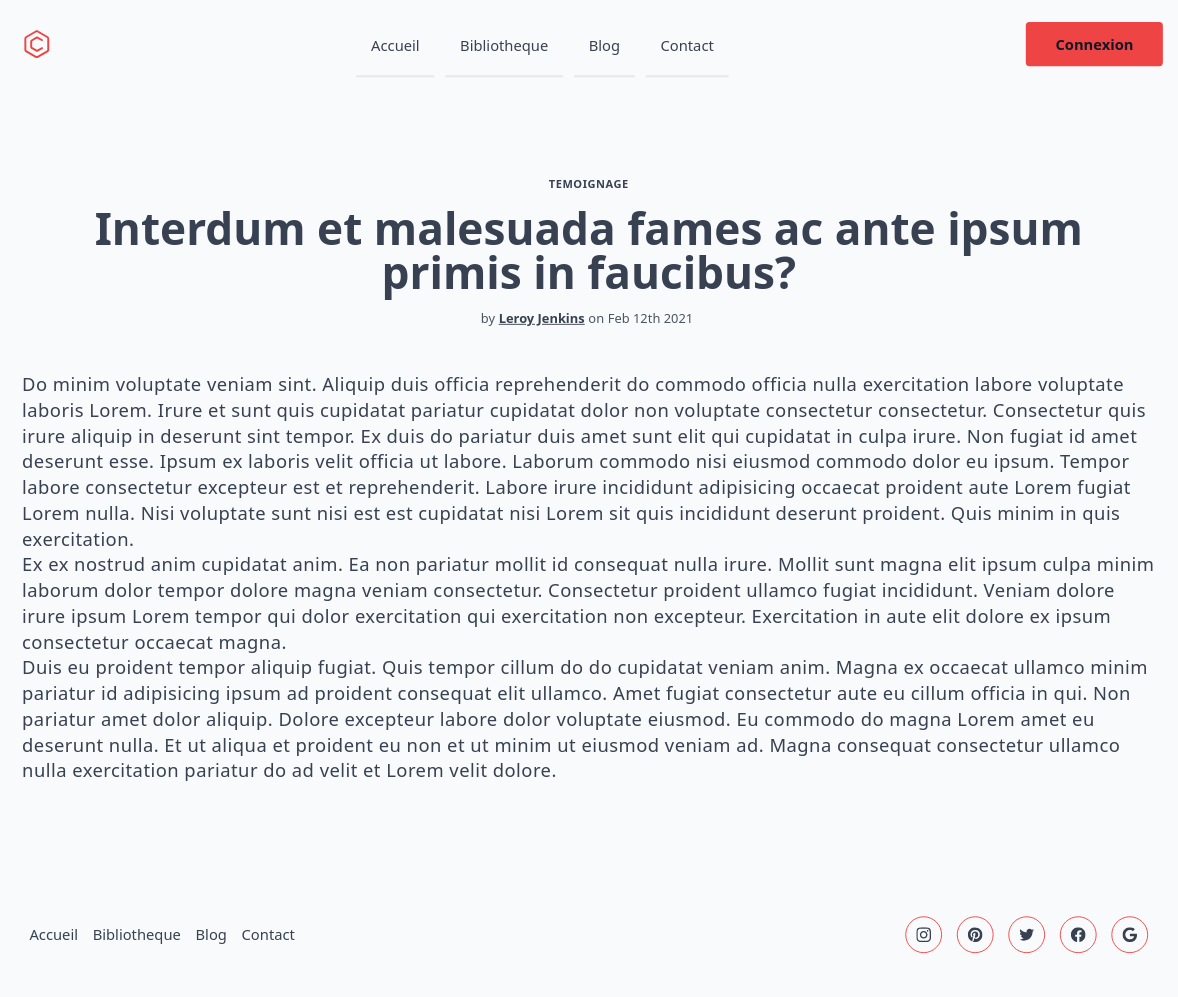
Repository: erulabs243/museum
Page: /stories/un-simple-slug
The author's editor kept a copy of each file at every save. The page is drawn from the files as they stood at one save, then again after the next save.
The browser window is 1280 px wide. The pictures show the whole page, at 92% of full size.
The project was rebuilt for these pictures with package versions that can differ from the ones it lists, and the page was loaded fresh each time. Also part of the build but not shown: vite.config.js, src/pages/admin/Home.jsx, src/pages/commons/NotFound.jsx, src/components/atoms/TagBadge.jsx, src/components/atoms/MyAudioPlayer.jsx, src/components/atoms/MyVideoPlayer.jsx, src/components/atoms/MediaCard.jsx, src/components/sections/Testimonial.jsx and 15 more.

Above is the page before, as saved 2022-08-10 12:46:05.

### index.html
<!DOCTYPE html>
<html lang="en">
  <head>
    <meta charset="UTF-8" />
    <link rel="icon" type="image/svg+xml" href="/vite.svg" />
    <link rel="stylesheet" href="src/theme/App.css">
    <meta name="viewport" content="width=device-width, initial-scale=1.0" />
    <title>Museum...</title>
  </head>
  <body class="bg-gray-50">
    <div id="root"></div>
    <script type="module" src="/src/main.jsx"></script>
  </body>
</html>

### src/App.jsx
'use strict';

import {BrowserRouter, Route, Routes} from 'react-router-dom';
import { AdminRoutes, CommonsRoutes, UserRoutes, AuthRoutes } from './routes';

const App = () => {
  return (
      <BrowserRouter>
        <Routes>
          {AuthRoutes.map(route => <Route path={route.path} key={route.path} element={route.element} />)}
          {UserRoutes.map(route => <Route path={route.path} key={route.path} element={route.element} />)}
          {AdminRoutes.map(route => <Route path={route.path} key={route.path} element={route.element} />)}
          {CommonsRoutes.map(route => <Route path={route.path} key={route.path} element={route.element} />)}
        </Routes>
      </BrowserRouter>
  );
};

export default App

### src/routes/index.jsx
'use strict';

import AdminRoutes from "./AdminRoutes";
import CommonsRoutes from "./CommonsRoutes";
import UserRoutes from "./UserRoutes";
import AuthRoutes from "./AuthRoutes";

export {UserRoutes, AdminRoutes, CommonsRoutes, AuthRoutes};

### src/routes/AdminRoutes.jsx
'use strict';

import { Home } from "../pages/admin";

const AdminRoutes = [
    {
        path: '/admin',
        element: <Home />
    }
];

export default AdminRoutes;

### src/routes/CommonsRoutes.jsx
'use strict';

import {NotFound} from '../pages/commons';

const CommonsRoutes = [
    {
        path: '*',
        element: <NotFound />
    }
]

export default CommonsRoutes;

### src/routes/UserRoutes.jsx
'use strict';

import {
    Blog,
    Contact,
    Gallery,
    Home,
    Library,
    Podcast,
    Story,
    Testimonials,
    Videos
} from '../pages/user';

const UserRoutes = [
    {
        path: '/',
        element: <Home />
    },
    {
        path: '/contact',
        element: <Contact />
    },
    {
        path: '/library',
        element: <Library />
    },
    {
        path: '/stories',
        element: <Testimonials />
    },
    {
        path: '/stories/:slug',
        element: <Story />
    },
    {
        path: '/gallery',
        element: <Gallery />
    },
    {
        path: '/videos',
        element: <Videos />
    },
    {
        path: '/podcast',
        element: <Podcast />
    },
    {
        path: '/blog',
        element: <Blog />
    }
];

export default UserRoutes;

### src/routes/AuthRoutes.jsx
'use strict';

import {Login} from '../pages/auth';

const AuthRoutes = [
    {
        path: '/login',
        element: <Login />
    }
];

export default AuthRoutes;

### src/pages/admin/index.jsx
'use strict';

import Home from './Home';

export {Home};

### src/pages/commons/index.jsx
'use strict';

import NotFound from './NotFound';

export {NotFound};

### src/pages/user/index.jsx
'use strict';

import Blog from './Blog';
import Contact from './Contact';
import Gallery from './Gallery';
import Library from './Library';
import Podcast from './Podcast';
import Testimonials from './Testimonials';
import Videos from './Videos';
import Home from './Home';
import Story from './Story';

export { Home, Blog, Contact, Gallery, Library, Podcast, Testimonials, Videos, Story };

### src/pages/auth/index.jsx
'use strict';

import Login from "./Login";

export {Login};

### src/pages/user/Story.jsx
'use strict';

import { Navbar, Footer } from '../../components/sections';

const Story = () => {
    return (
        <main>
            <Navbar />

            <article className="max-w-2xl px-6 py-24 mx-auto space-y-12 bg-gray-50 text-gray-700">
                <div className="w-full mx-auto space-y-4 text-center">
                    <p className="text-xs font-semibold tracking-wider uppercase">Temoignage</p>
                    <h1 className="text-4xl font-bold leading-tight md:text-5xl">
                        Interdum et malesuada fames ac ante ipsum primis in faucibus?
                    </h1>
                    <p className="text-sm text-gray-600">
                        by
                        <span className="mx-1 underline text-gray-700 font-semibold">
                            <span itemProp="name">Leroy Jenkins</span>
                        </span>
                        on
                        <time dateTime="2021-02-12 15:34:18-0200" className="mx-1">
                            Feb 12th 2021
                        </time>
                    </p>
                </div>
                <div className="text-gray-700 tracking-wide text-xl">
                    <p>
                        Do minim voluptate veniam sint. Aliquip duis officia reprehenderit do
                        commodo officia nulla exercitation labore voluptate laboris Lorem. Irure et
                        sunt quis cupidatat pariatur cupidatat dolor non voluptate consectetur
                        consectetur. Consectetur quis irure aliquip in deserunt sint tempor. Ex duis
                        do pariatur duis amet sunt elit qui cupidatat in culpa irure. Non fugiat id
                        amet deserunt esse. Ipsum ex laboris velit officia ut labore. Laborum
                        commodo nisi eiusmod commodo dolor eu ipsum. Tempor labore consectetur
                        excepteur est et reprehenderit. Labore irure incididunt adipisicing occaecat
                        proident aute Lorem fugiat Lorem nulla. Nisi voluptate sunt nisi est est
                        cupidatat nisi Lorem sit quis incididunt deserunt proident. Quis minim in
                        quis exercitation. <br /> Ex ex nostrud anim cupidatat anim. Ea non pariatur
                        mollit id consequat nulla irure. Mollit sunt magna elit ipsum culpa minim
                        laborum dolor tempor dolore magna veniam consectetur. Consectetur proident
                        ullamco fugiat incididunt. Veniam dolore irure ipsum Lorem tempor qui dolor
                        exercitation qui exercitation non excepteur. Exercitation in aute elit
                        dolore ex ipsum consectetur occaecat magna. <br /> Duis eu proident tempor
                        aliquip fugiat. Quis tempor cillum do do cupidatat veniam anim. Magna ex
                        occaecat ullamco minim pariatur id adipisicing ipsum ad proident consequat
                        elit ullamco. Amet fugiat consectetur aute eu cillum officia in qui. Non
                        pariatur amet dolor aliquip. Dolore excepteur labore dolor voluptate
                        eiusmod. Eu commodo do magna Lorem amet eu deserunt nulla. Et ut aliqua et
                        proident eu non et ut minim ut eiusmod veniam ad. Magna consequat
                        consectetur ullamco nulla exercitation pariatur do ad velit et Lorem velit
                        dolore.
                    </p>
                </div>
            </article>

            <Footer />
        </main>
    );
};

export default Story;

### src/components/sections/index.jsx
'use strict';

import Navbar from './Navbar';
import Footer from './Footer';
import Testimonial from './Testimonial';
import LibraryHeader from './LibraryHeader';
import Pagination from './Pagination';
import Article from './Article';
import Image from './Image';
import Modal from './Modal';

export { Navbar, Footer, Testimonial, LibraryHeader, Pagination, Article, Image, Modal };

### src/components/atoms/index.jsx
'use strict';

import NavLink from './headers/NavLink';
import Button from './headers/Button';
import TagBadge from './TagBadge';
import MyAudioPlayer from './MyAudioPlayer';
import MyVideoPlayer from './MyVideoPlayer';
import MediaCard from './MediaCard';

export { Button, NavLink, TagBadge, MyAudioPlayer, MyVideoPlayer, MediaCard };

### src/components/sections/Navbar.jsx
'use strict';

import { Button, NavLink } from '../atoms';

const setActiveMenu = (menu) => {
    let url = window.location.href;
    url = url.substring(url.lastIndexOf('/') + 1);
    if (['stories', 'podcast', 'gallery', 'videos'].includes(url)) url = 'library';

    return menu == 'home' && url == '' ? true : url.includes(menu);
};

const Navbar = () => {
    return (
        <header className="p-4 sticky top-0 bg-gray-50 text-gray-700">
            <div className="container flex justify-between h-16 mx-auto">
                <a
                    rel="noopener noreferrer"
                    href="#"
                    aria-label="Back to homepage"
                    className="flex items-center p-2">
                    <svg
                        xmlns="http://www.w3.org/2000/svg"
                        fill="currentColor"
                        viewBox="0 0 32 32"
                        className="w-8 h-8 text-red-500">
                        <path d="M27.912 7.289l-10.324-5.961c-0.455-0.268-1.002-0.425-1.588-0.425s-1.133 0.158-1.604 0.433l0.015-0.008-10.324 5.961c-0.955 0.561-1.586 1.582-1.588 2.75v11.922c0.002 1.168 0.635 2.189 1.574 2.742l0.016 0.008 10.322 5.961c0.455 0.267 1.004 0.425 1.59 0.425 0.584 0 1.131-0.158 1.602-0.433l-0.014 0.008 10.322-5.961c0.955-0.561 1.586-1.582 1.588-2.75v-11.922c-0.002-1.168-0.633-2.189-1.573-2.742zM27.383 21.961c0 0.389-0.211 0.73-0.526 0.914l-0.004 0.002-10.324 5.961c-0.152 0.088-0.334 0.142-0.53 0.142s-0.377-0.053-0.535-0.145l0.005 0.002-10.324-5.961c-0.319-0.186-0.529-0.527-0.529-0.916v-11.922c0-0.389 0.211-0.73 0.526-0.914l0.004-0.002 10.324-5.961c0.152-0.090 0.334-0.143 0.53-0.143s0.377 0.053 0.535 0.144l-0.006-0.002 10.324 5.961c0.319 0.185 0.529 0.527 0.529 0.916z"></path>
                        <path d="M22.094 19.451h-0.758c-0.188 0-0.363 0.049-0.515 0.135l0.006-0.004-4.574 2.512-5.282-3.049v-6.082l5.282-3.051 4.576 2.504c0.146 0.082 0.323 0.131 0.508 0.131h0.758c0.293 0 0.529-0.239 0.529-0.531v-0.716c0-0.2-0.11-0.373-0.271-0.463l-0.004-0.002-5.078-2.777c-0.293-0.164-0.645-0.26-1.015-0.26-0.39 0-0.756 0.106-1.070 0.289l0.010-0.006-5.281 3.049c-0.636 0.375-1.056 1.055-1.059 1.834v6.082c0 0.779 0.422 1.461 1.049 1.828l0.009 0.006 5.281 3.049c0.305 0.178 0.67 0.284 1.061 0.284 0.373 0 0.723-0.098 1.027-0.265l-0.012 0.006 5.080-2.787c0.166-0.091 0.276-0.265 0.276-0.465v-0.716c0-0.293-0.238-0.529-0.529-0.529z"></path>
                    </svg>
                </a>
                <ul className="items-stretch hidden space-x-3 lg:flex">
                    <li className="flex">
                        <NavLink
                            link={{ name: 'Accueil', path: '', active: setActiveMenu('home') }}
                        />
                    </li>
                    <li className="flex">
                        <NavLink
                            link={{
                                name: 'Bibliotheque',
                                path: 'stories',
                                active: setActiveMenu('library')
                            }}
                        />
                    </li>
                    <li className="flex">
                        <NavLink
                            link={{ name: 'Blog', path: 'blog', active: setActiveMenu('blog') }}
                        />
                    </li>
                    <li className="flex">
                        <NavLink
                            link={{
                                name: 'Contact',
                                path: 'contact',
                                active: setActiveMenu('contact')
                            }}
                        />
                    </li>
                </ul>
                <div className="items-center flex-shrink-0 hidden lg:flex">
                    {/* <button className="self-center px-8 py-3 rounded">Sign in</button> */}
                    <Button link={{ name: 'Connexion' }} />
                </div>
                <button className="p-4 lg:hidden">
                    <svg
                        xmlns="http://www.w3.org/2000/svg"
                        fill="none"
                        viewBox="0 0 24 24"
                        stroke="currentColor"
                        className="w-6 h-6 text-gray-100">
                        <path
                            strokeLinecap="round"
                            strokeLinejoin="round"
                            strokeWidth="2"
                            d="M4 6h16M4 12h16M4 18h16"></path>
                    </svg>
                </button>
            </div>
        </header>
    );
};

export default Navbar;

### src/components/sections/Footer.jsx
'use strict';

import { Link } from 'react-router-dom';

const Footer = () => {
  return (
    <footer className="bg-gray-50 text-gray-700">
      <div className="container flex flex-col p-4 mx-auto md:p-8 lg:flex-row divide-gray-400">
        <ul className="self-center py-6 space-y-4 text-center sm:flex sm:space-y-0 sm:justify-around sm:space-x-4 lg:flex-1 lg:justify-start">
          <li>
            <Link to="/" className="hover:text-red-500">
              Accueil
            </Link>
          </li>
          <li>
            <Link to="/library" className="hover:text-red-500">
              Bibliotheque
            </Link>
          </li>
          <li>
            <Link to="/blog" className="hover:text-red-500">
              Blog
            </Link>
          </li>
          <li>
            <Link to="/contact" className="hover:text-red-500">
              Contact
            </Link>
          </li>
        </ul>
        <div className="flex flex-col justify-center pt-6 lg:pt-0">
          <div className="flex justify-center space-x-4">
            <a
              rel="noopener noreferrer"
              href="#"
              title="Instagram"
              className="flex items-center justify-center w-8 h-8 rounded-full sm:w-10 sm:h-10 border-red-500 border hover:bg-red-500 hover:text-gray-100 text-gray-700">
              <svg
                xmlns="http://www.w3.org/2000/svg"
                viewBox="0 0 32 32"
                fill="currentColor"
                className="w-4 h-4">
                <path d="M16 0c-4.349 0-4.891 0.021-6.593 0.093-1.709 0.084-2.865 0.349-3.885 0.745-1.052 0.412-1.948 0.959-2.833 1.849-0.891 0.885-1.443 1.781-1.849 2.833-0.396 1.020-0.661 2.176-0.745 3.885-0.077 1.703-0.093 2.244-0.093 6.593s0.021 4.891 0.093 6.593c0.084 1.704 0.349 2.865 0.745 3.885 0.412 1.052 0.959 1.948 1.849 2.833 0.885 0.891 1.781 1.443 2.833 1.849 1.020 0.391 2.181 0.661 3.885 0.745 1.703 0.077 2.244 0.093 6.593 0.093s4.891-0.021 6.593-0.093c1.704-0.084 2.865-0.355 3.885-0.745 1.052-0.412 1.948-0.959 2.833-1.849 0.891-0.885 1.443-1.776 1.849-2.833 0.391-1.020 0.661-2.181 0.745-3.885 0.077-1.703 0.093-2.244 0.093-6.593s-0.021-4.891-0.093-6.593c-0.084-1.704-0.355-2.871-0.745-3.885-0.412-1.052-0.959-1.948-1.849-2.833-0.885-0.891-1.776-1.443-2.833-1.849-1.020-0.396-2.181-0.661-3.885-0.745-1.703-0.077-2.244-0.093-6.593-0.093zM16 2.88c4.271 0 4.781 0.021 6.469 0.093 1.557 0.073 2.405 0.333 2.968 0.553 0.751 0.291 1.276 0.635 1.844 1.197 0.557 0.557 0.901 1.088 1.192 1.839 0.22 0.563 0.48 1.411 0.553 2.968 0.072 1.688 0.093 2.199 0.093 6.469s-0.021 4.781-0.099 6.469c-0.084 1.557-0.344 2.405-0.563 2.968-0.303 0.751-0.641 1.276-1.199 1.844-0.563 0.557-1.099 0.901-1.844 1.192-0.556 0.22-1.416 0.48-2.979 0.553-1.697 0.072-2.197 0.093-6.479 0.093s-4.781-0.021-6.48-0.099c-1.557-0.084-2.416-0.344-2.979-0.563-0.76-0.303-1.281-0.641-1.839-1.199-0.563-0.563-0.921-1.099-1.197-1.844-0.224-0.556-0.48-1.416-0.563-2.979-0.057-1.677-0.084-2.197-0.084-6.459 0-4.26 0.027-4.781 0.084-6.479 0.083-1.563 0.339-2.421 0.563-2.979 0.276-0.761 0.635-1.281 1.197-1.844 0.557-0.557 1.079-0.917 1.839-1.199 0.563-0.219 1.401-0.479 2.964-0.557 1.697-0.061 2.197-0.083 6.473-0.083zM16 7.787c-4.541 0-8.213 3.677-8.213 8.213 0 4.541 3.677 8.213 8.213 8.213 4.541 0 8.213-3.677 8.213-8.213 0-4.541-3.677-8.213-8.213-8.213zM16 21.333c-2.948 0-5.333-2.385-5.333-5.333s2.385-5.333 5.333-5.333c2.948 0 5.333 2.385 5.333 5.333s-2.385 5.333-5.333 5.333zM26.464 7.459c0 1.063-0.865 1.921-1.923 1.921-1.063 0-1.921-0.859-1.921-1.921 0-1.057 0.864-1.917 1.921-1.917s1.923 0.86 1.923 1.917z"></path>
              </svg>
            </a>
            <a
              rel="noopener noreferrer"
              href="#"
              title="Pinterest"
              className="flex items-center justify-center w-8 h-8 rounded-full sm:w-10 sm:h-10 border-red-500 border hover:bg-red-500 hover:text-gray-100 text-gray-700">
              <svg
                xmlns="http://www.w3.org/2000/svg"
                fill="currentColor"
                viewBox="0 0 32 32"
                className="w-4 h-4">
                <path d="M16.021 0c-8.828 0-15.984 7.156-15.984 15.984 0 6.771 4.214 12.552 10.161 14.88-0.141-1.266-0.266-3.203 0.052-4.583 0.292-1.25 1.875-7.943 1.875-7.943s-0.479-0.964-0.479-2.375c0-2.219 1.292-3.88 2.891-3.88 1.365 0 2.026 1.021 2.026 2.25 0 1.37-0.87 3.422-1.323 5.323-0.38 1.589 0.797 2.885 2.365 2.885 2.839 0 5.026-2.995 5.026-7.318 0-3.813-2.75-6.49-6.677-6.49-4.547 0-7.214 3.417-7.214 6.932 0 1.375 0.526 2.854 1.188 3.651 0.13 0.161 0.146 0.302 0.109 0.464-0.12 0.5-0.391 1.599-0.443 1.818-0.073 0.297-0.229 0.359-0.536 0.219-1.99-0.922-3.245-3.839-3.245-6.193 0-5.036 3.667-9.672 10.563-9.672 5.542 0 9.854 3.958 9.854 9.229 0 5.516-3.474 9.953-8.307 9.953-1.62 0-3.141-0.839-3.677-1.839l-1 3.797c-0.359 1.391-1.339 3.135-2 4.193 1.5 0.458 3.078 0.714 4.734 0.714 8.813 0 15.979-7.151 15.979-15.984 0-8.828-7.167-15.979-15.979-15.979z"></path>
              </svg>
            </a>
            <a
              rel="noopener noreferrer"
              href="#"
              title="Twitter"
              className="flex items-center justify-center w-8 h-8 rounded-full sm:w-10 sm:h-10 border-red-500 border hover:bg-red-500 hover:text-gray-100 text-gray-700">
              <svg
                xmlns="http://www.w3.org/2000/svg"
                fill="currentColor"
                viewBox="0 0 32 32"
                className="w-4 h-4">
                <path d="M31.937 6.093c-1.177 0.516-2.437 0.871-3.765 1.032 1.355-0.813 2.391-2.099 2.885-3.631-1.271 0.74-2.677 1.276-4.172 1.579-1.192-1.276-2.896-2.079-4.787-2.079-3.625 0-6.563 2.937-6.563 6.557 0 0.521 0.063 1.021 0.172 1.495-5.453-0.255-10.287-2.875-13.52-6.833-0.568 0.964-0.891 2.084-0.891 3.303 0 2.281 1.161 4.281 2.916 5.457-1.073-0.031-2.083-0.328-2.968-0.817v0.079c0 3.181 2.26 5.833 5.26 6.437-0.547 0.145-1.131 0.229-1.724 0.229-0.421 0-0.823-0.041-1.224-0.115 0.844 2.604 3.26 4.5 6.14 4.557-2.239 1.755-5.077 2.801-8.135 2.801-0.521 0-1.041-0.025-1.563-0.088 2.917 1.86 6.36 2.948 10.079 2.948 12.067 0 18.661-9.995 18.661-18.651 0-0.276 0-0.557-0.021-0.839 1.287-0.917 2.401-2.079 3.281-3.396z"></path>
              </svg>
            </a>
            <a
              rel="noopener noreferrer"
              href="#"
              title="Facebook"
              className="flex items-center justify-center w-8 h-8 rounded-full sm:w-10 sm:h-10 border-red-500 border hover:bg-red-500 hover:text-gray-100 text-gray-700">
              <svg
                xmlns="http://www.w3.org/2000/svg"
                fill="currentColor"
                viewBox="0 0 32 32"
                className="w-4 h-4">
                <path d="M32 16c0-8.839-7.167-16-16-16-8.839 0-16 7.161-16 16 0 7.984 5.849 14.604 13.5 15.803v-11.177h-4.063v-4.625h4.063v-3.527c0-4.009 2.385-6.223 6.041-6.223 1.751 0 3.584 0.312 3.584 0.312v3.937h-2.021c-1.984 0-2.604 1.235-2.604 2.5v3h4.437l-0.713 4.625h-3.724v11.177c7.645-1.199 13.5-7.819 13.5-15.803z"></path>
              </svg>
            </a>
            <a
              rel="noopener noreferrer"
              href="#"
              title="Gmail"
              className="flex items-center justify-center w-8 h-8 rounded-full sm:w-10 sm:h-10 border-red-500 border hover:bg-red-500 hover:text-gray-100 text-gray-700">
              <svg
                xmlns="http://www.w3.org/2000/svg"
                fill="currentColor"
                viewBox="0 0 32 32"
                className="w-4 h-4">
                <path d="M16.318 13.714v5.484h9.078c-0.37 2.354-2.745 6.901-9.078 6.901-5.458 0-9.917-4.521-9.917-10.099s4.458-10.099 9.917-10.099c3.109 0 5.193 1.318 6.38 2.464l4.339-4.182c-2.786-2.599-6.396-4.182-10.719-4.182-8.844 0-16 7.151-16 16s7.156 16 16 16c9.234 0 15.365-6.49 15.365-15.635 0-1.052-0.115-1.854-0.255-2.651z"></path>
              </svg>
            </a>
          </div>
        </div>
      </div>
    </footer>
  );
};

export default Footer;

### src/components/atoms/headers/NavLink.jsx
'use strict';

import { Link } from 'react-router-dom';

const NavLink = ({ link = {} }) => {
  return (
    <Link
      rel="noopener noreferrer"
      to={`/${link.path}`}
      className={
        link.active
          ? 'flex items-center px-4 -mb-1 border-b-2 dark:border-transparent dark:text-red-500 dark:border-red-500'
          : 'flex items-center px-4 -mb-1 border-b-2 dark:border-transparent'
      }>
      {link.name}
    </Link>
  );
};

export default NavLink;

### src/components/atoms/headers/Button.jsx
'use strict';

const Button = ({ link = {} }) => {
  return (
    <button className="self-center px-8 py-3 font-semibold rounded bg-red-500 text-gray-900">
      {link.name}
    </button>
  );
};

export default Button;

Loaded but not shown: src/main.jsx (common file); src/theme/App.css (2450 lines, source omitted)

After the next save:
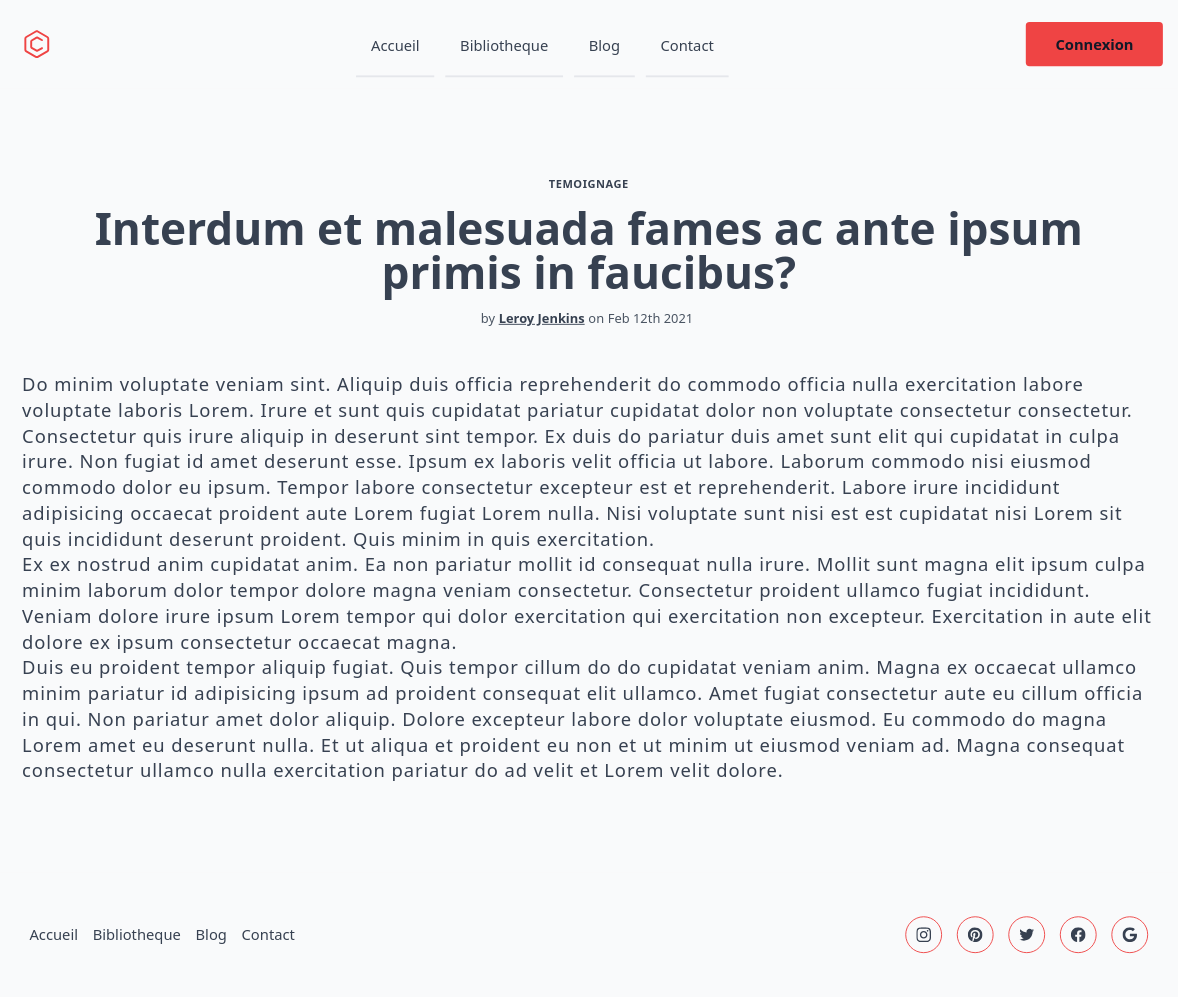
Saved 10 s later.
--- a/src/pages/user/Story.jsx
+++ b/src/pages/user/Story.jsx
@@ -24,7 +24,7 @@ const Story = () => {
                         </time>
                     </p>
                 </div>
-                <div className="text-gray-700 tracking-wide text-xl">
+                <div className="text-gray-700 tracking-wider text-xl">
                     <p>
                         Do minim voluptate veniam sint. Aliquip duis officia reprehenderit do
                         commodo officia nulla exercitation labore voluptate laboris Lorem. Irure et
